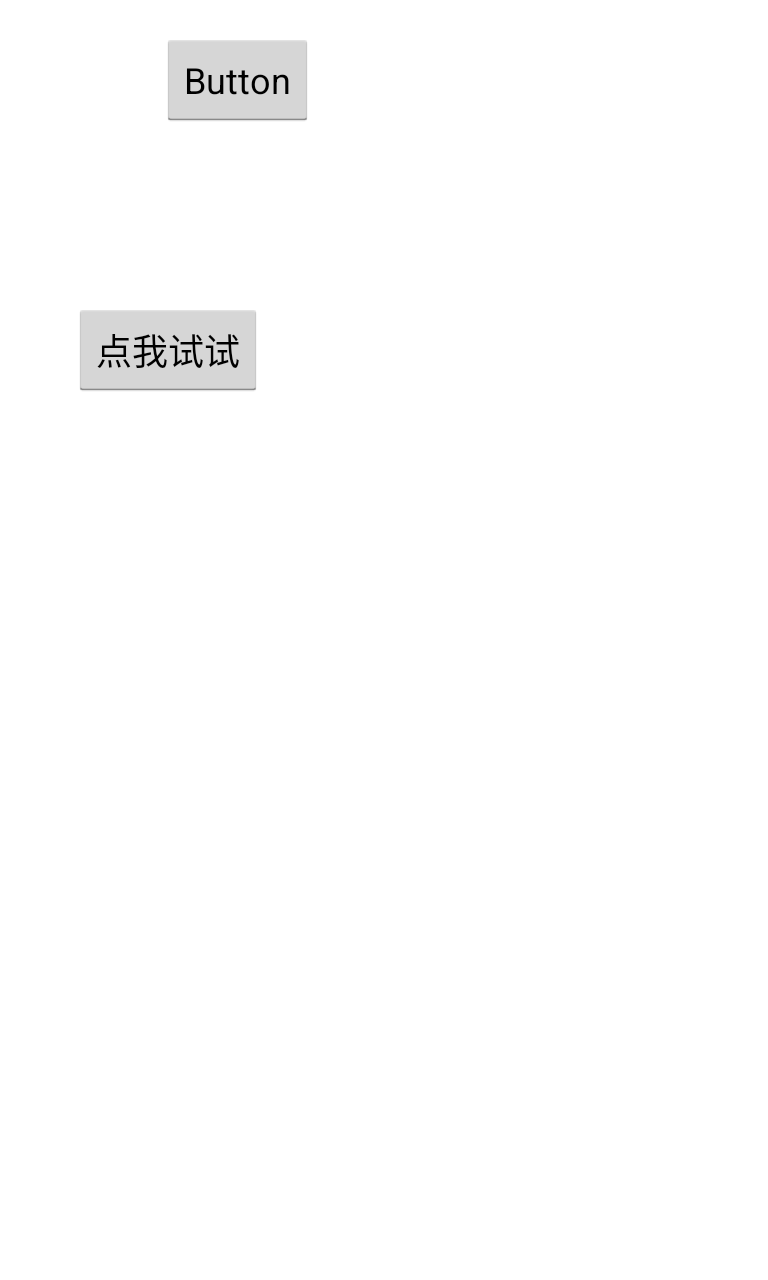
Repository: 17390089054/android
Layout: ProgressDialog/res/layout/activity_main.xml
An editor plug-in stored every save of this project. The layout is shown before and after the next save, followed by the edit.
It is drawn on a 768 x 1280 px phone screen (xhdpi) without system bars, with theme AppTheme; the app's code is not run.

Above is the layout before, as saved 2018-04-28 13:12:32.

After the next save:
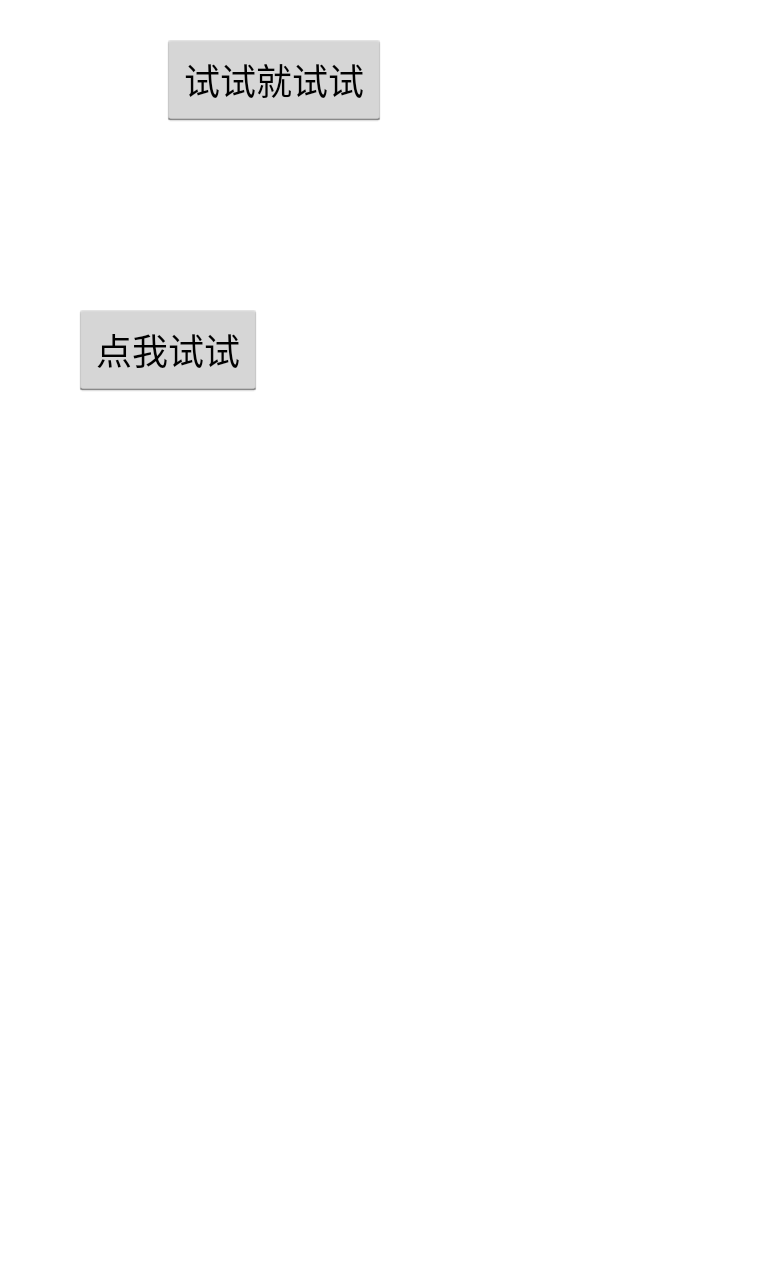
Saved 7 s later.
--- a/ProgressDialog/res/layout/activity_main.xml
+++ b/ProgressDialog/res/layout/activity_main.xml
@@ -26,6 +26,6 @@
         android:layout_alignBottom="@+id/button1"
         android:layout_marginLeft="64dp"
         android:layout_toRightOf="@+id/button1"
-        android:text="Button" />
+        android:text="试试就试试" />
 
 </RelativeLayout>
